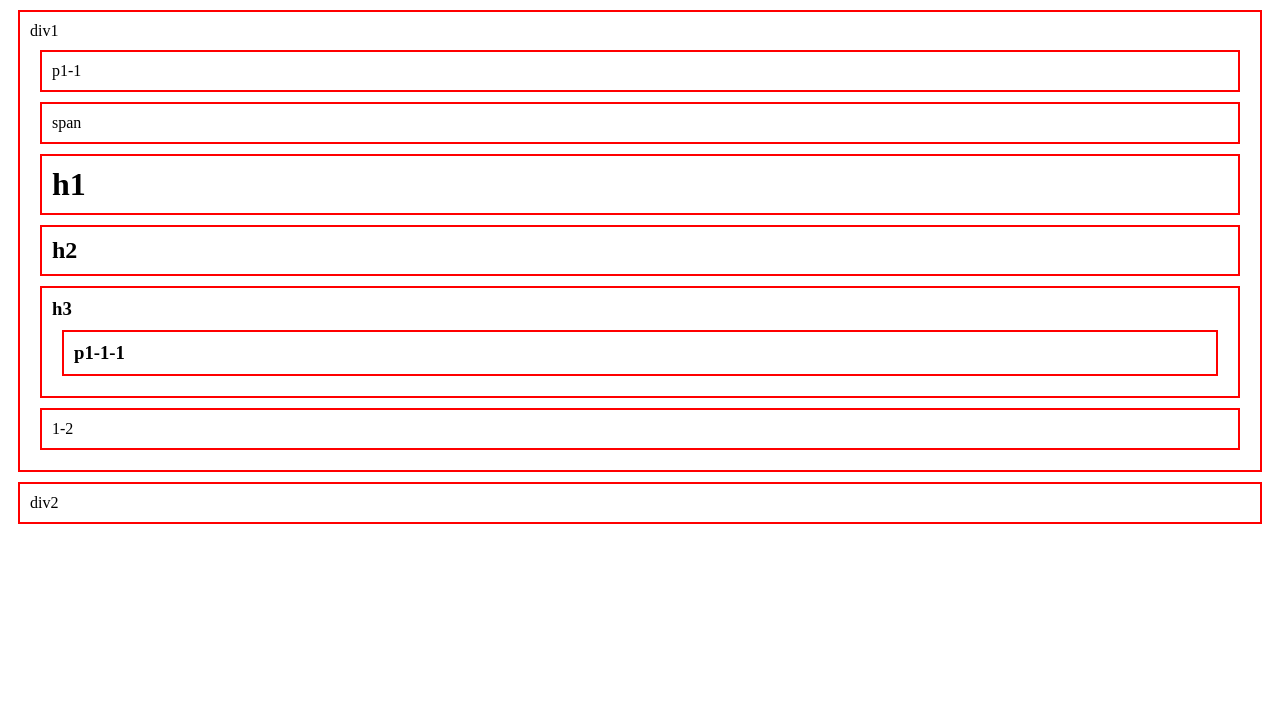
Repository: dhfkdlxm/Lecture-Web
Page: Lecture-Web/WebContent/jquery/exam18.html
An editor plug-in stored every save of this project. The page is shown before and after the next save, followed by the edit.
The browser window is 1280 px wide. The pictures show the whole page.

Above is the page before, as saved 2021-06-18 00:59:11.

### Lecture-Web/WebContent/jquery/exam18.html
<!DOCTYPE html>
<html>
<head>
<meta charset="UTF-8">
<title>Insert title here</title>
<style type="text/css">
body * {
	display: block;
	border: 2px solid red;
	padding: 10px;
	margin: 10px;
}
</style>
<script type="text/javascript" src="js/jquery-3.6.0.min.js"></script>
<script type="text/javascript">

</script>
</head>
<body>
	<div>
		div1
		<p>p1-1</p>
		<span>span</span>
		<h1>h1</h1>
		<h2>h2</h2>
		<h3>
			h3
			<p>p1-1-1</p>
		</h3>
		<p>1-2</p>
	</div>
	<div>div2</div>
</body>
</html>

Loaded but not shown: Lecture-Web/WebContent/jquery/js/jquery-3.6.0.min.js (library)

After the next save:
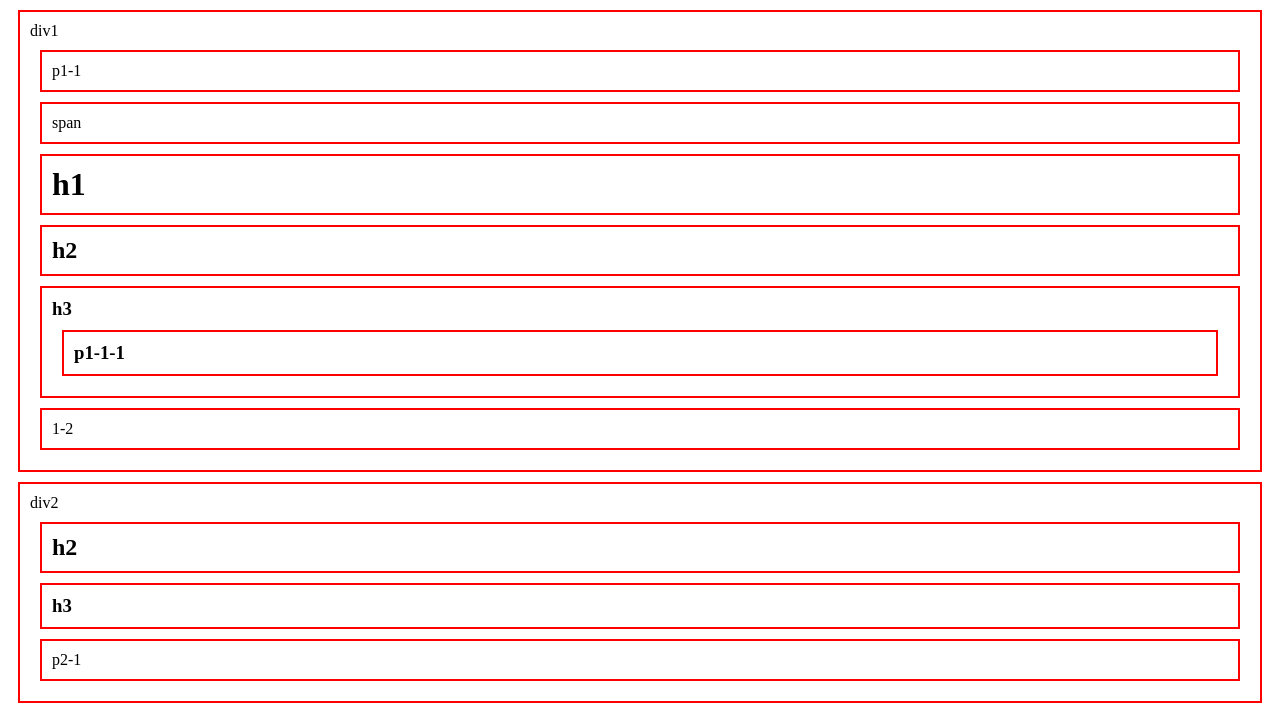
Console error: SyntaxError: Unexpected token '}'
Saved 64 s later.
--- a/Lecture-Web/WebContent/jquery/exam18.html
+++ b/Lecture-Web/WebContent/jquery/exam18.html
@@ -13,7 +13,9 @@
 </style>
 <script type="text/javascript" src="js/jquery-3.6.0.min.js"></script>
 <script type="text/javascript">
-
+	$(document).ready(function () {
+		$('h2').
+	})
 </script>
 </head>
 <body>
@@ -29,6 +31,10 @@
 		</h3>
 		<p>1-2</p>
 	</div>
-	<div>div2</div>
+	<div>div2
+	<h2>h2</h2>
+	<h3>h3</h3>
+	<p>p2-1</p>
+	</div>
 </body>
 </html>

After the save that followed:
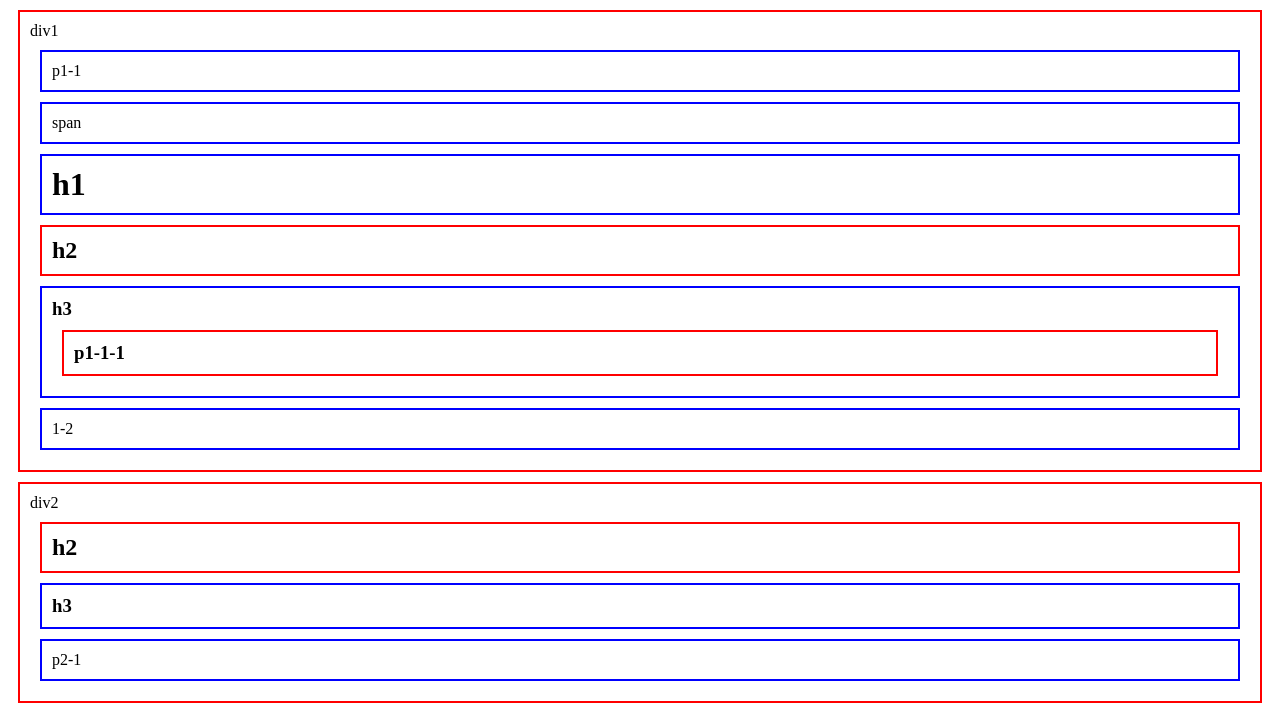
The error is gone.
Saved 22 s later.
--- a/Lecture-Web/WebContent/jquery/exam18.html
+++ b/Lecture-Web/WebContent/jquery/exam18.html
@@ -14,7 +14,7 @@
 <script type="text/javascript" src="js/jquery-3.6.0.min.js"></script>
 <script type="text/javascript">
 	$(document).ready(function () {
-		$('h2').
+		$('h2').siblings().css('border','2px solid blue')
 	})
 </script>
 </head>
